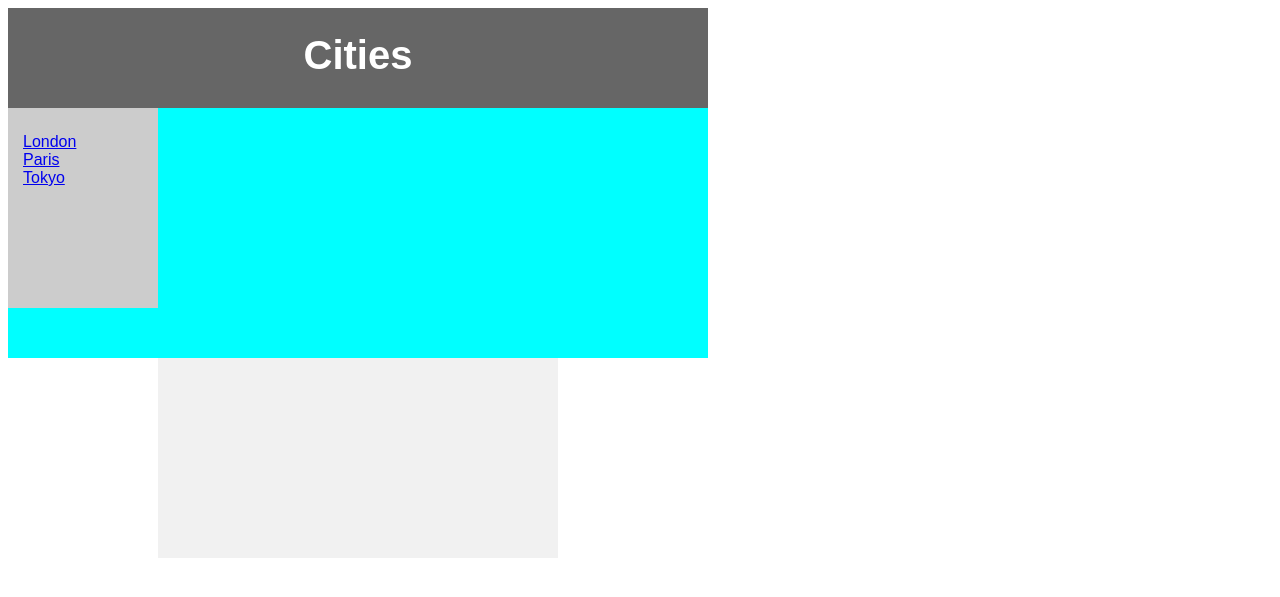
Repository: LongNguyen2504/T3H-FrondEnd
Page: Lesson3_CSS_HomeWork1.html
An editor plug-in stored every save of this project. The page is shown before and after the next save, followed by the edit.
The browser window is 1280 px wide. The pictures show the whole page.

Above is the page before, as saved 2021-12-01 17:59:30.

After the next save:
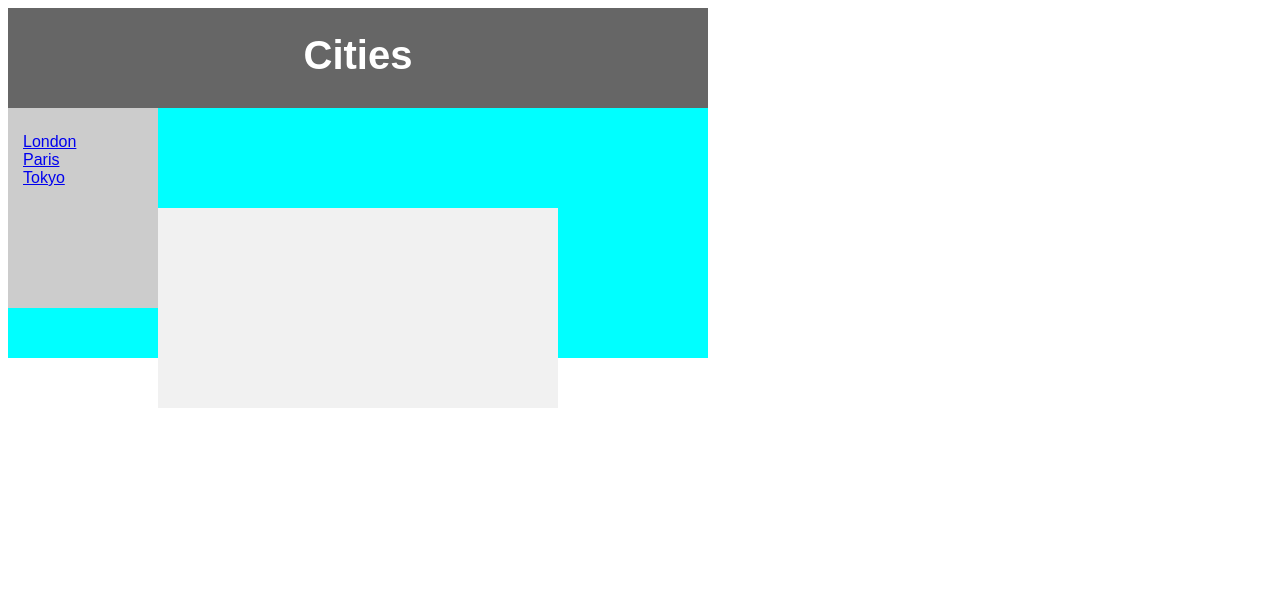
Saved 15 s later.
--- a/Lesson3_CSS_HomeWork1.css
+++ b/Lesson3_CSS_HomeWork1.css
@@ -40,5 +40,5 @@ div.right-column{
     height: 200px;
     position: relative;
     left: 150px;
-    top: 50px;
+    bottom: 100px;
 }
